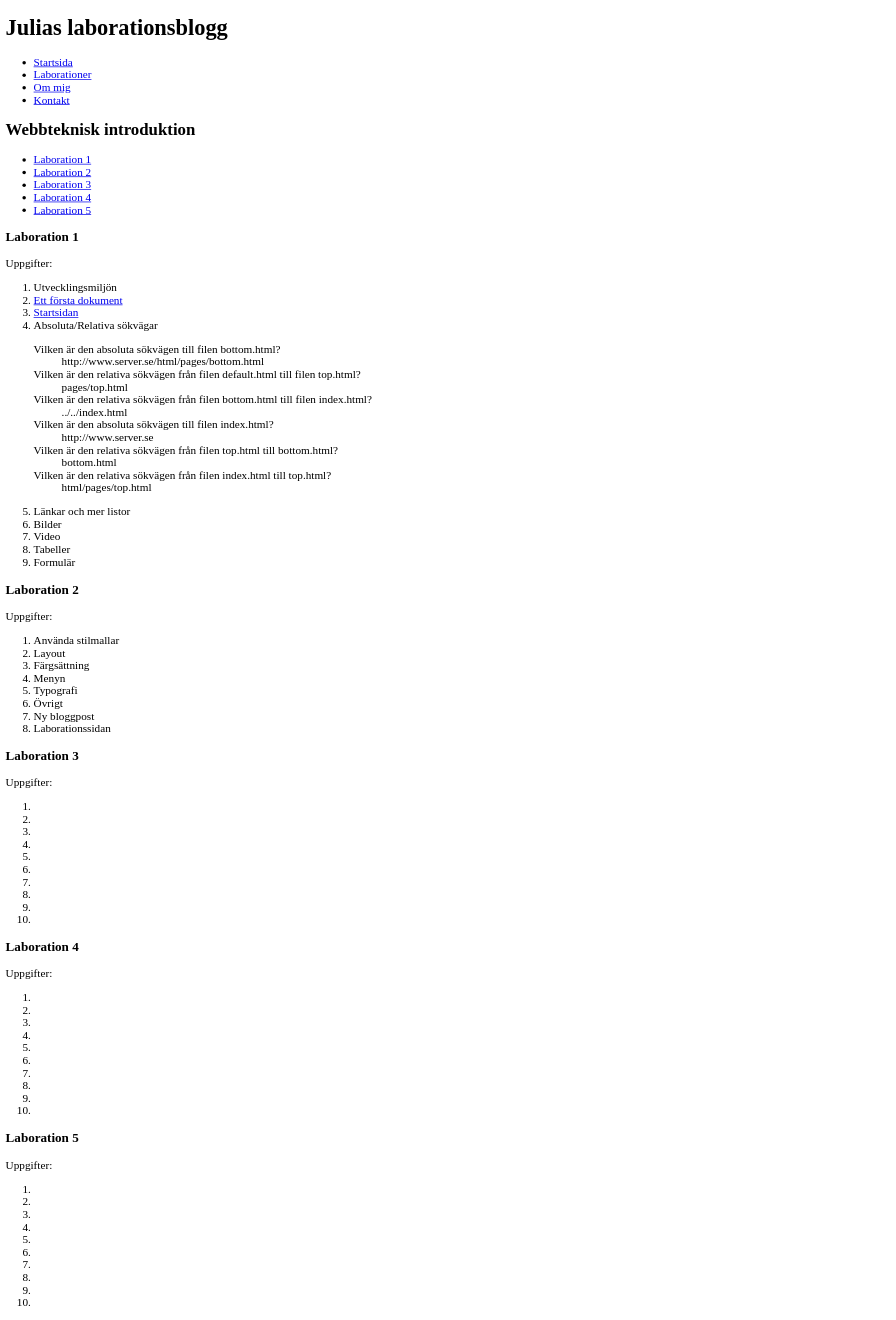
Repository: jk222rp/1ik415-laborationer-2014
Page: pages/laborationer.html
The author's editor kept a record of every edit. The page is drawn from the files as they stood at one moment, then again after the next edit.
The browser window is 1280 px wide. The pictures show the whole page, at 70% of full size.

Above is the page before.

After the next edit:
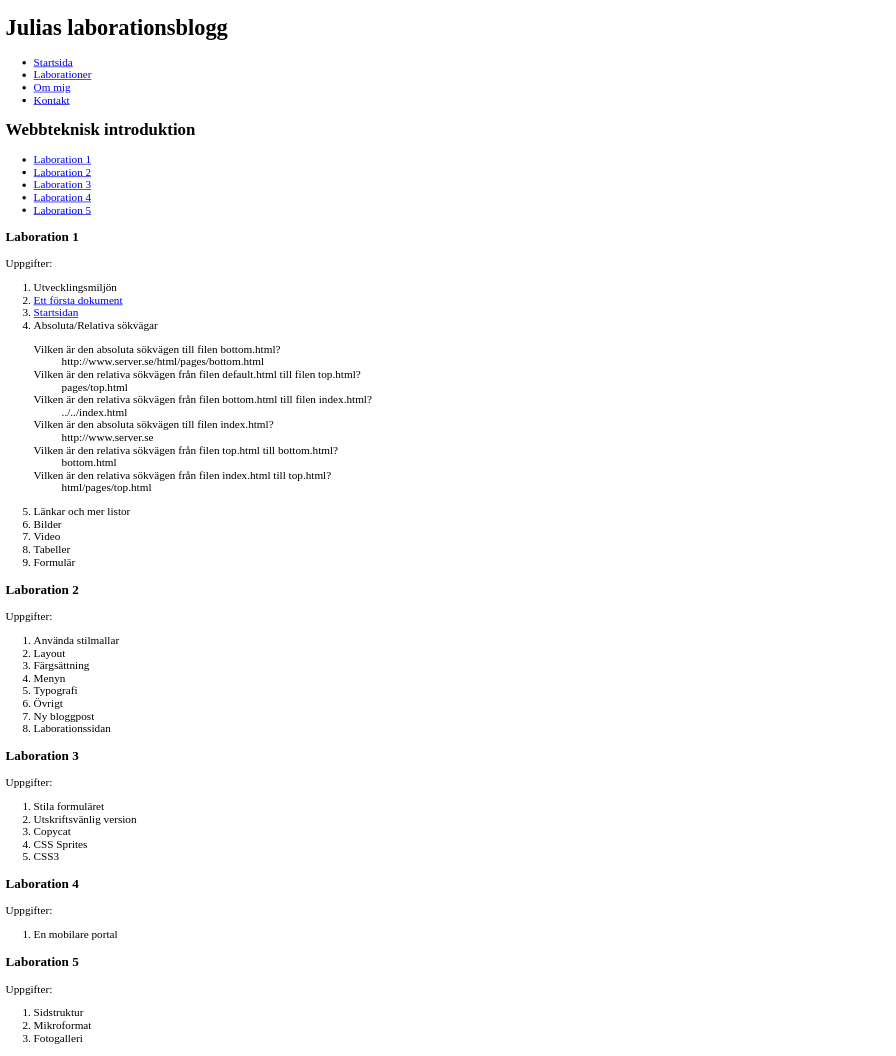
The edit:
--- a/pages/laborationer.html
+++ b/pages/laborationer.html
@@ -72,46 +72,25 @@
         <h3 id="Lab3">Laboration 3</h3>
         <p>Uppgifter:</p>
         <ol>
-            <li></li>
-            <li></li>
-            <li></li>
-            <li></li>
-            <li></li>
-            <li></li>
-            <li></li>
-            <li></li>
-            <li></li>
-            <li></li>
+            <li>Stila formuläret</li>
+            <li>Utskriftsvänlig version</li>
+            <li>Copycat</li>
+            <li>CSS Sprites</li>
+            <li>CSS3</li>
         </ol>
 
         <h3 id="Lab4">Laboration 4</h3>
         <p>Uppgifter:</p>
         <ol>
-            <li></li>
-            <li></li>
-            <li></li>
-            <li></li>
-            <li></li>
-            <li></li>
-            <li></li>
-            <li></li>
-            <li></li>
-            <li></li>
+            <li>En mobilare portal</li>
         </ol>
 
         <h3 id="Lab5">Laboration 5</h3>
         <p>Uppgifter:</p>
         <ol>
-            <li></li>
-            <li></li>
-            <li></li>
-            <li></li>
-            <li></li>
-            <li></li>
-            <li></li>
-            <li></li>
-            <li></li>
-            <li></li>
+            <li>Sidstruktur</li>
+            <li>Mikroformat</li>
+            <li>Fotogalleri</li>
         </ol>
 
     </body>
